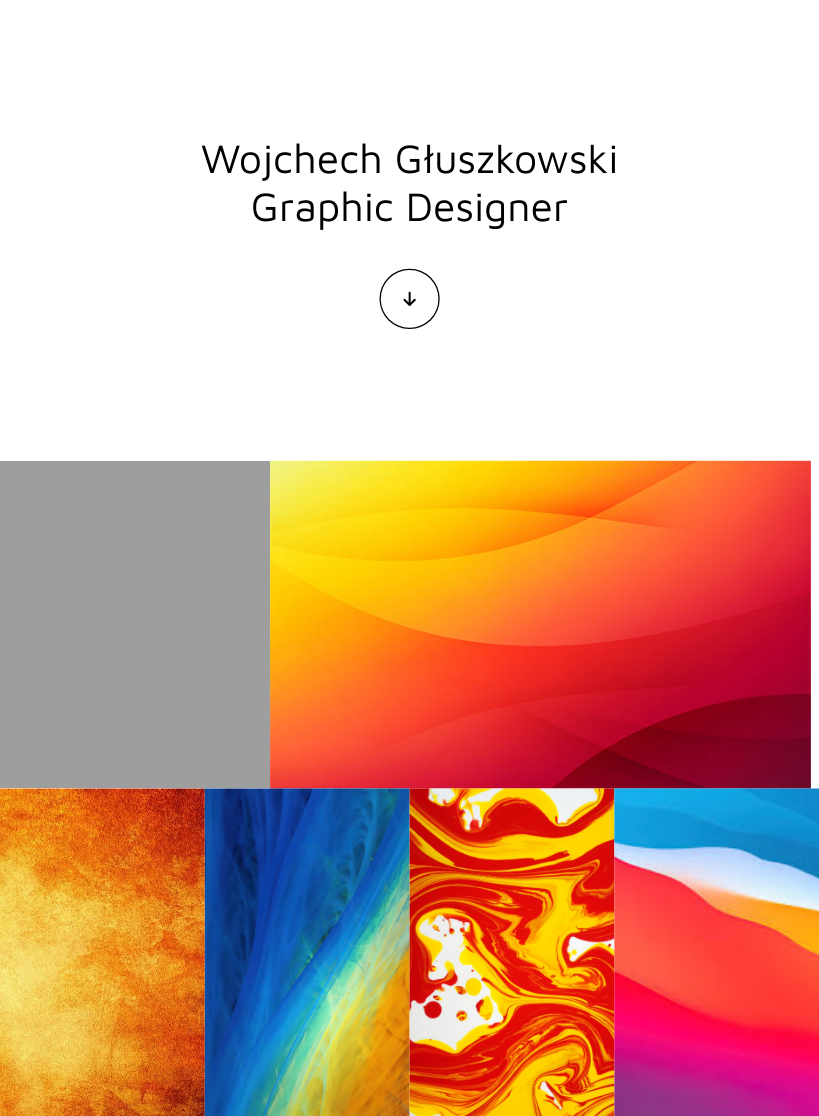
Repository: maciekto/WojciechGluszkowski-Porfolio
Page: /
These files come from the project's save history. The page is drawn as it stood at one moment and after the next save; the edit follows.
The browser window is 1280 px wide. The pictures show the whole page, at 64% of full size.
Pictures or frames that could not be fetched are drawn as grey boxes. Some web libraries are served in a nearby version. The project was rebuilt for these pictures with package versions that can differ from the ones it lists, and the page was loaded fresh each time.

Above is the page before, as saved 2022-06-07 14:47:44.

### public/index.html
<!DOCTYPE html>
<html lang="en">
  <head>
    <meta charset="utf-8" />
    <link rel="icon" href="%PUBLIC_URL%/favicon.ico" />
    <meta name="viewport" content="width=device-width, initial-scale=1" />
    <meta name="theme-color" content="#000000" />
    <meta name="description" content="Web site created using create-react-app" />
    <link rel="apple-touch-icon" href="%PUBLIC_URL%/logo192.png" />
    <!--
      manifest.json provides metadata used when your web app is installed on a
      user's mobile device or desktop. See https://developers.google.com/web/fundamentals/web-app-manifest/
    -->
    <link rel="manifest" href="%PUBLIC_URL%/manifest.json" />
    <!--
      Notice the use of %PUBLIC_URL% in the tags above.
      It will be replaced with the URL of the `public` folder during the build.
      Only files inside the `public` folder can be referenced from the HTML.

      Unlike "/favicon.ico" or "favicon.ico", "%PUBLIC_URL%/favicon.ico" will
      work correctly both with client-side routing and a non-root public URL.
      Learn how to configure a non-root public URL by running `npm run build`.
    -->
    <title>React App</title>
    <script src="https://kit.fontawesome.com/47a55d3c51.js" crossorigin="anonymous"></script>
  </head>
  <body>
    <noscript>You need to enable JavaScript to run this app.</noscript>
    <div id="root"></div>
    <!--
      This HTML file is a template.
      If you open it directly in the browser, you will see an empty page.

      You can add webfonts, meta tags, or analytics to this file.
      The build step will place the bundled scripts into the <body> tag.

      To begin the development, run `npm start` or `yarn start`.
      To create a production bundle, use `npm run build` or `yarn build`.
    -->
  </body>
</html>

### src/App.js
import React from 'react';
import logo from './logo.svg';
import './App.scss';

function App() {
  return (
    <div className="App">
      <header className="App-Header">
        Wojchech Głuszkowski<br />
        Graphic Designer
        <div className="App-Button">
          <i className="fa-solid fa-arrow-down App-Button-Arrow"></i>
        </div>

      </header>
      <main className='App-Main'>
        <div className='App-Main-Item App-Main-Item1'>

        </div>
        <div className='App-Main-Item App-Main-Item2'>

        </div>
        <div className='App-Main-Item App-Main-Item3'>

        </div>
        <div className='App-Main-Item App-Main-Item4'>

        </div>
        <div className='App-Main-Item App-Main-Item5'>

        </div>
        <div className='App-Main-Item App-Main-Item6'>

        </div>
      </main>
    </div>
  );
}

export default App;

### src/serviceWorkerRegistration.js
// This optional code is used to register a service worker.
// register() is not called by default.

// This lets the app load faster on subsequent visits in production, and gives
// it offline capabilities. However, it also means that developers (and users)
// will only see deployed updates on subsequent visits to a page, after all the
// existing tabs open on the page have been closed, since previously cached
// resources are updated in the background.

// To learn more about the benefits of this model and instructions on how to
// opt-in, read https://cra.link/PWA

const isLocalhost = Boolean(
  window.location.hostname === 'localhost' ||
    // [::1] is the IPv6 localhost address.
    window.location.hostname === '[::1]' ||
    // 127.0.0.0/8 are considered localhost for IPv4.
    window.location.hostname.match(/^127(?:\.(?:25[0-5]|2[0-4][0-9]|[01]?[0-9][0-9]?)){3}$/)
);

export function register(config) {
  if (process.env.NODE_ENV === 'production' && 'serviceWorker' in navigator) {
    // The URL constructor is available in all browsers that support SW.
    const publicUrl = new URL(process.env.PUBLIC_URL, window.location.href);
    if (publicUrl.origin !== window.location.origin) {
      // Our service worker won't work if PUBLIC_URL is on a different origin
      // from what our page is served on. This might happen if a CDN is used to
      // serve assets; see https://github.com/facebook/create-react-app/issues/2374
      return;
    }

    window.addEventListener('load', () => {
      const swUrl = `${process.env.PUBLIC_URL}/service-worker.js`;

      if (isLocalhost) {
        // This is running on localhost. Let's check if a service worker still exists or not.
        checkValidServiceWorker(swUrl, config);

        // Add some additional logging to localhost, pointing developers to the
        // service worker/PWA documentation.
        navigator.serviceWorker.ready.then(() => {
          console.log(
            'This web app is being served cache-first by a service ' +
              'worker. To learn more, visit https://cra.link/PWA'
          );
        });
      } else {
        // Is not localhost. Just register service worker
        registerValidSW(swUrl, config);
      }
    });
  }
}

function registerValidSW(swUrl, config) {
  navigator.serviceWorker
    .register(swUrl)
    .then((registration) => {
      registration.onupdatefound = () => {
        const installingWorker = registration.installing;
        if (installingWorker == null) {
          return;
        }
        installingWorker.onstatechange = () => {
          if (installingWorker.state === 'installed') {
            if (navigator.serviceWorker.controller) {
              // At this point, the updated precached content has been fetched,
              // but the previous service worker will still serve the older
              // content until all client tabs are closed.
              console.log(
                'New content is available and will be used when all ' +
                  'tabs for this page are closed. See https://cra.link/PWA.'
              );

              // Execute callback
              if (config && config.onUpdate) {
                config.onUpdate(registration);
              }
            } else {
              // At this point, everything has been precached.
              // It's the perfect time to display a
              // "Content is cached for offline use." message.
              console.log('Content is cached for offline use.');

              // Execute callback
              if (config && config.onSuccess) {
                config.onSuccess(registration);
              }
            }
          }
        };
      };
    })
    .catch((error) => {
      console.error('Error during service worker registration:', error);
    });
}

function checkValidServiceWorker(swUrl, config) {
  // Check if the service worker can be found. If it can't reload the page.
  fetch(swUrl, {
    headers: { 'Service-Worker': 'script' },
  })
    .then((response) => {
      // Ensure service worker exists, and that we really are getting a JS file.
      const contentType = response.headers.get('content-type');
      if (
        response.status === 404 ||
        (contentType != null && contentType.indexOf('javascript') === -1)
      ) {
        // No service worker found. Probably a different app. Reload the page.
        navigator.serviceWorker.ready.then((registration) => {
          registration.unregister().then(() => {
            window.location.reload();
          });
        });
      } else {
        // Service worker found. Proceed as normal.
        registerValidSW(swUrl, config);
      }
    })
    .catch(() => {
      console.log('No internet connection found. App is running in offline mode.');
    });
}

export function unregister() {
  if ('serviceWorker' in navigator) {
    navigator.serviceWorker.ready
      .then((registration) => {
        registration.unregister();
      })
      .catch((error) => {
        console.error(error.message);
      });
  }
}

### src/App.scss
@import url('https://fonts.googleapis.com/css2?family=Kumbh+Sans&family=Maven+Pro:wght@400;500;600;700&family=Plus+Jakarta+Sans:wght@300;400;500;600;700;800&display=swap');

.App {
    width: 100vw;
    height: auto;
    font-family: 'Maven Pro', sans-serif;
    &-Header {
        width: 100%;
        height: 100vh;
        display: flex;
        align-items: center;
        justify-content: center;
        text-align: center;
        flex-direction: column;
        font-size: 5vw;
    }
    &-Button {
        transition: box-shadow 0.4s;
        margin-top: 5vw;
        width: 7vw;
        height: 7vw;
        box-shadow: 0px 0px 1px 2px black;
        display: grid;
        place-items: center;
        border-radius: 50%;
        cursor: pointer;
        &-Arrow {
            transition: 0.4s;
            font-size: 2vw;
            // animation: alarm 1s alternate infinite;
            &:hover {
                transition: 0.4s;
                font-size: 5vw;
            }
        }
        &:hover {
            transition: box-shadow 0.4s;
            border: 0px solid black;
            box-shadow: 0px 0px 0px 0px black;
        }
    }
    &-Main {
        width: 100vw;
        height: auto;
        display: flex;
        flex-wrap: wrap;
        &-Item {
            min-width: 25%;
            min-height: 40vw;
        }
        &-Item1 {
            width: 33vw;
            background: url('assets/1.jpeg') center center no-repeat;
            background-size: cover;
        }
        &-Item2 {
            width: 66vw;
            background: url('assets/2.jpeg') center center no-repeat;
            background-size: cover;
        }
        &-Item3 {
            background: url('assets/3.jpeg') center center no-repeat;
            background-size: cover;
        }
        &-Item4 {
            background: url('assets/4.jpeg') center center no-repeat;
            background-size: cover;
        }
        &-Item5 {
            background: url('assets/5.jpeg') center center no-repeat;
            background-size: cover;
        }
        &-Item6 {
            background: url('assets/6.jpeg') center center no-repeat;
            background-size: cover;
        }
    }
}



@keyframes alarm {
    from {
        opacity: 0.2;
    } to {
        opacity: 1;
    }
}

Loaded but not shown: src/index.js (common file); src/index.css (common file); src/reportWebVitals.js (common file)

After the next save:
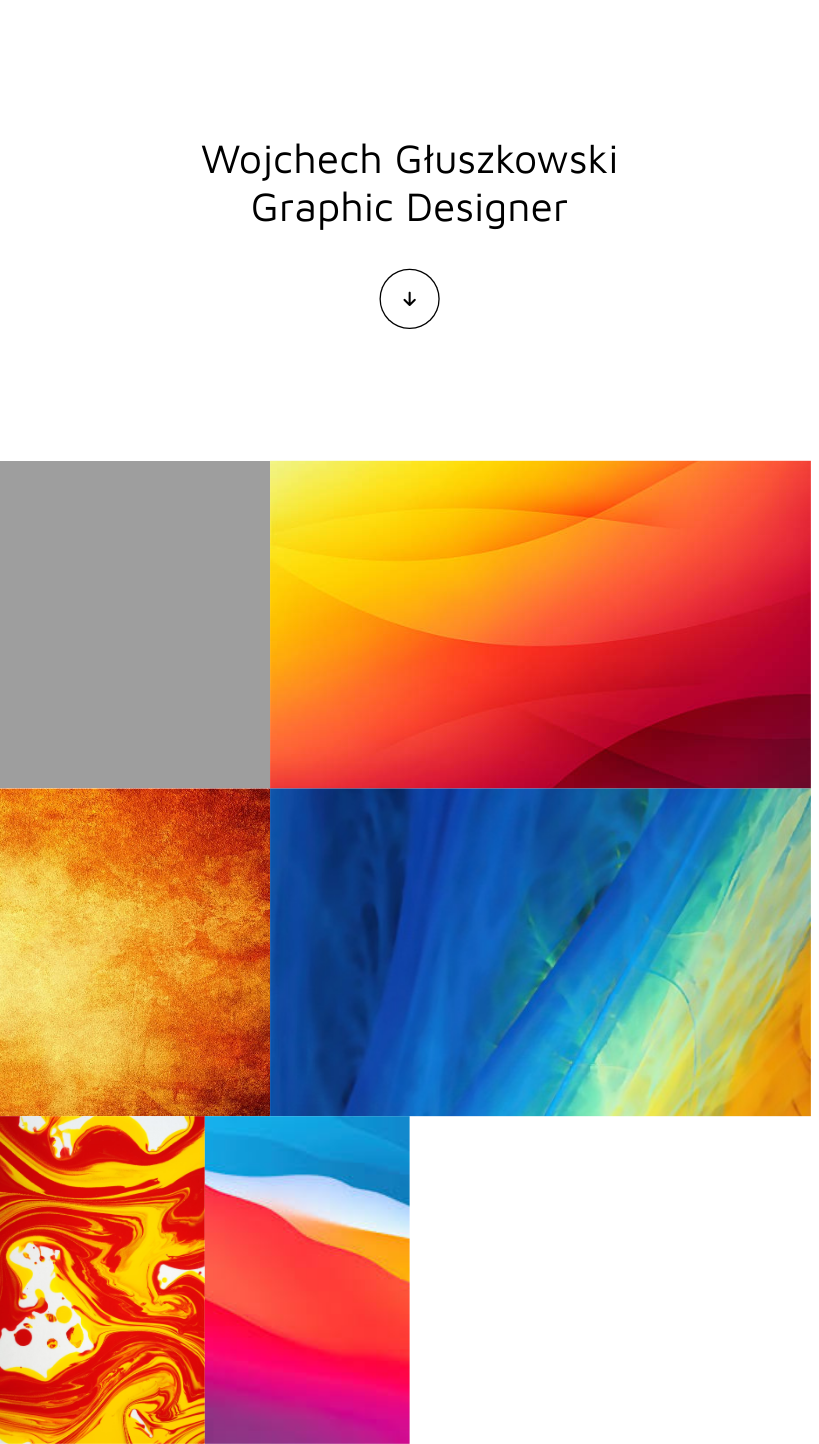
Saved 12 s later.
--- a/src/App.scss
+++ b/src/App.scss
@@ -59,10 +59,12 @@
             background-size: cover;
         }
         &-Item3 {
+            width: 33vw;
             background: url('assets/3.jpeg') center center no-repeat;
             background-size: cover;
         }
         &-Item4 {
+            width: 66vw;
             background: url('assets/4.jpeg') center center no-repeat;
             background-size: cover;
         }
